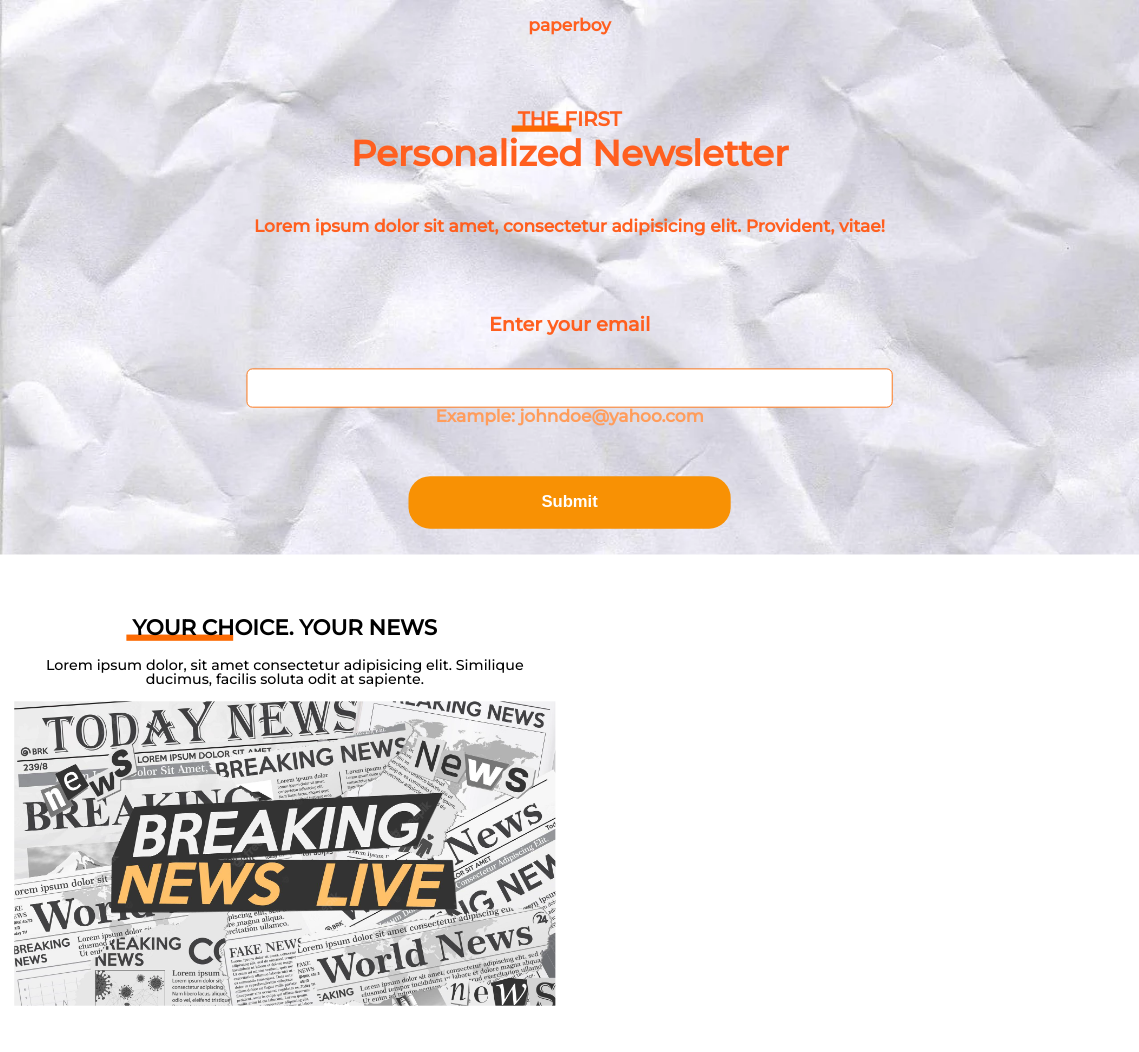
Repository: Gionnn/proiecte
Page: index.html
These files come from the project's save history. The page is drawn as it stood at one moment and after the next save; the edit follows.
The browser window is 1280 px wide. The pictures show the whole page, at 89% of full size.

Above is the page before, as saved 2022-11-28 14:36:06.

After the next save:
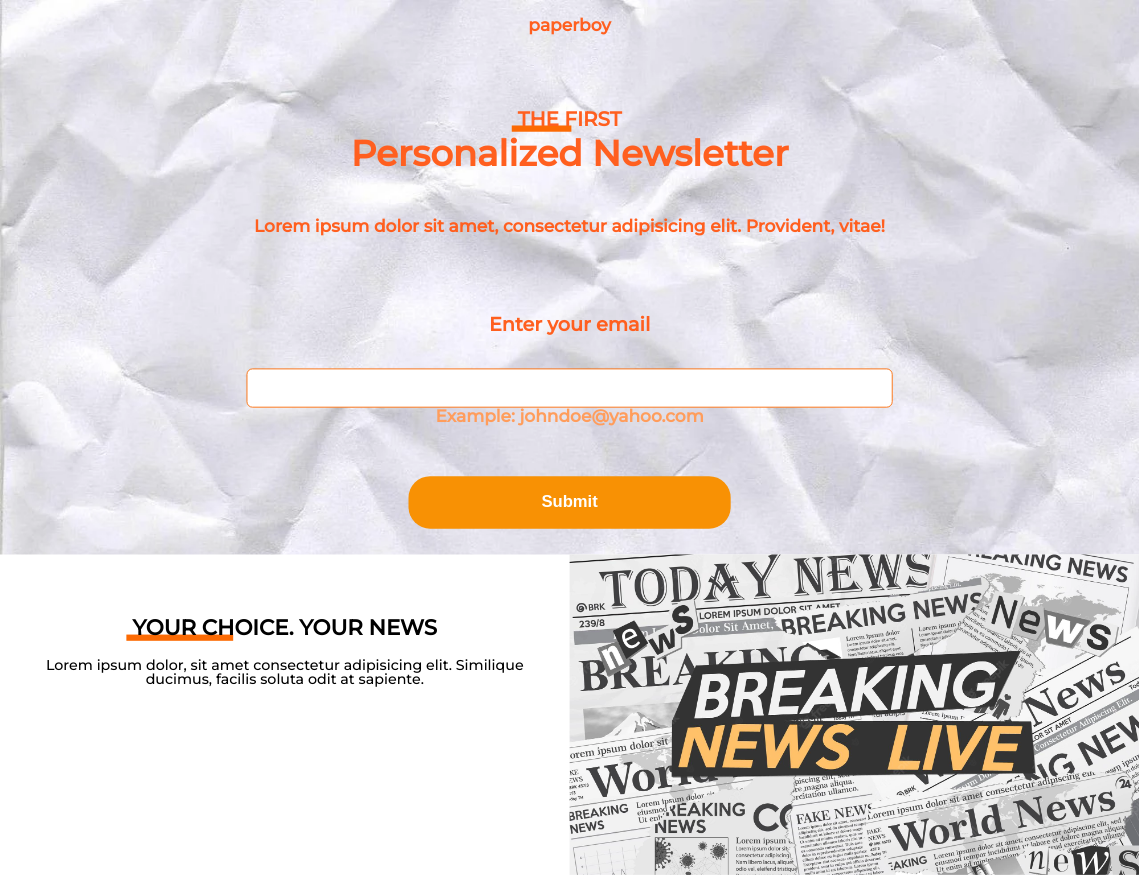
Saved 46 s later.
--- a/index.html
+++ b/index.html
@@ -40,8 +40,8 @@
           Lorem ipsum dolor, sit amet consectetur adipisicing elit. Similique
           ducimus, facilis soluta odit at sapiente.
         </p>
-        <img src="images/paper.jpeg" alt="Breaking News" />
       </div>
+      <img src="images/paper.jpeg" alt="Breaking News" />
     </section>
   </body>
 </html>
